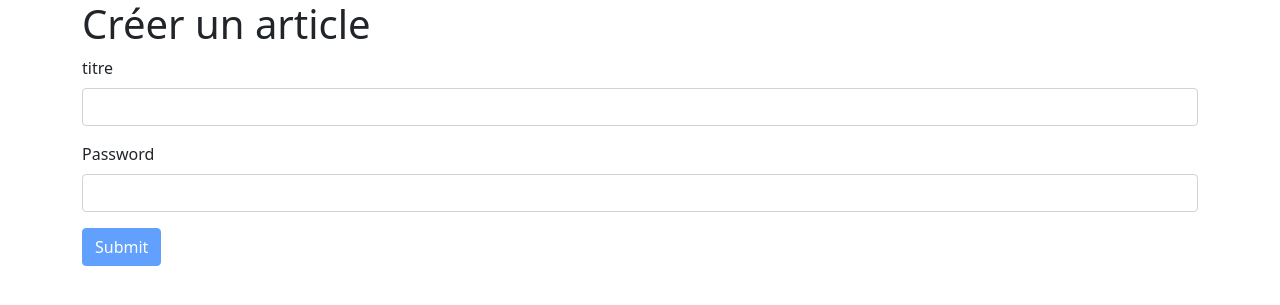
Repository: QuentinFayt/NewsWeb
Page: sources/adminNewsWeb/createArticle.html
The author's editor kept a copy of each file at every save. The page is drawn from the files as they stood at one save, then again after the next save.
The browser window is 1280 px wide. The pictures show the whole page.

Above is the page before, as saved 2021-12-23 10:51:09.

### sources/adminNewsWeb/createArticle.html
<!doctype html>
<html lang="fr">

<head>
    <!-- Required meta tags -->
    <meta charset="utf-8">
    <meta name="viewport" content="width=device-width, initial-scale=1">

    <!-- Bootstrap CSS -->
    <link href="https://cdn.jsdelivr.net/npm/bootstrap@5.1.3/dist/css/bootstrap.min.css" rel="stylesheet" integrity="sha384-1BmE4kWBq78iYhFldvKuhfTAU6auU8tT94WrHftjDbrCEXSU1oBoqyl2QvZ6jIW3" crossorigin="anonymous">

    <title>Créer un article</title>
</head>

<body>
    <main class="container">
        <h1>Créer un article</h1>
        <form>
            <div class="mb-3">
                <label for="titre" class="form-label">titre</label>
                <input type="text" class="form-control" id="titre" required>
            </div>
            <div class="mb-3">
                <label for="password" class="form-label">Password</label>
                <input type="password" class="form-control" id="password" required>
            </div>
            <button type="submit" class="btn btn-primary" disabled>Submit</button>
        </form>
    </main>
    <script src="https://cdn.jsdelivr.net/npm/bootstrap@5.1.3/dist/js/bootstrap.bundle.min.js" integrity="sha384-ka7Sk0Gln4gmtz2MlQnikT1wXgYsOg+OMhuP+IlRH9sENBO0LRn5q+8nbTov4+1p" crossorigin="anonymous"></script>
</body>

</html>

After the next save:
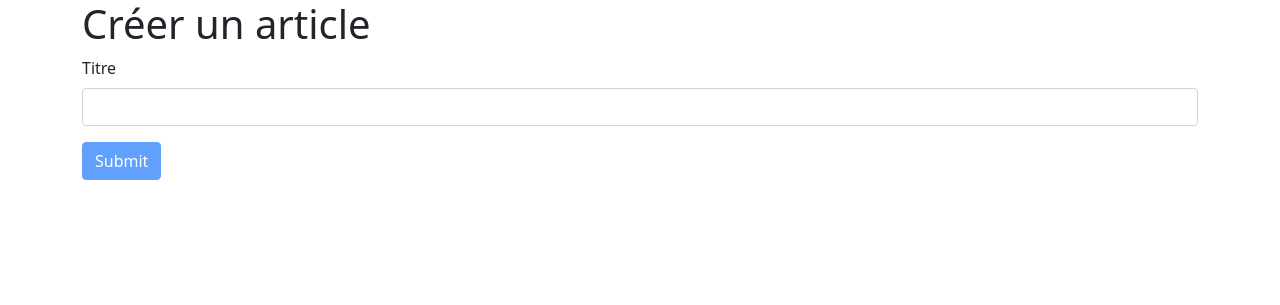
Saved 37 s later.
--- a/sources/adminNewsWeb/createArticle.html
+++ b/sources/adminNewsWeb/createArticle.html
@@ -17,13 +17,10 @@
         <h1>Créer un article</h1>
         <form>
             <div class="mb-3">
-                <label for="titre" class="form-label">titre</label>
+                <label for="titre" class="form-label">Titre</label>
                 <input type="text" class="form-control" id="titre" required>
             </div>
-            <div class="mb-3">
-                <label for="password" class="form-label">Password</label>
-                <input type="password" class="form-control" id="password" required>
-            </div>
+
             <button type="submit" class="btn btn-primary" disabled>Submit</button>
         </form>
     </main>
